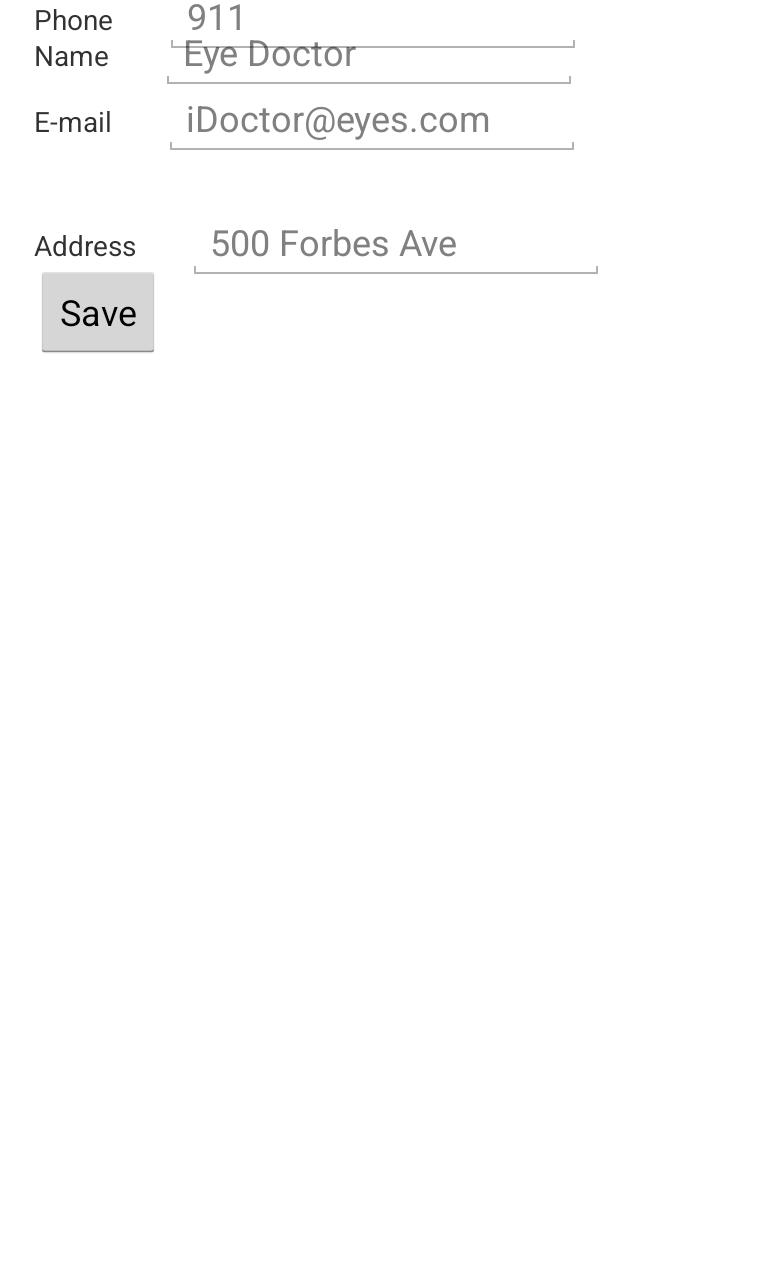
Repository: ranika/pilltracker
Layout: PillTracker/res/layout/f_doctors_doctoreditactivity.xml
The author's editor kept a copy of each file at every save. The layout is drawn from the files as they stood at one save, then again after the next save.
It is drawn on a 768 x 1280 px phone screen (xhdpi) without system bars, with theme AppTheme; the app's code is not run.

Above is the layout before, as saved 2014-04-21 03:27:01.

After the next save:
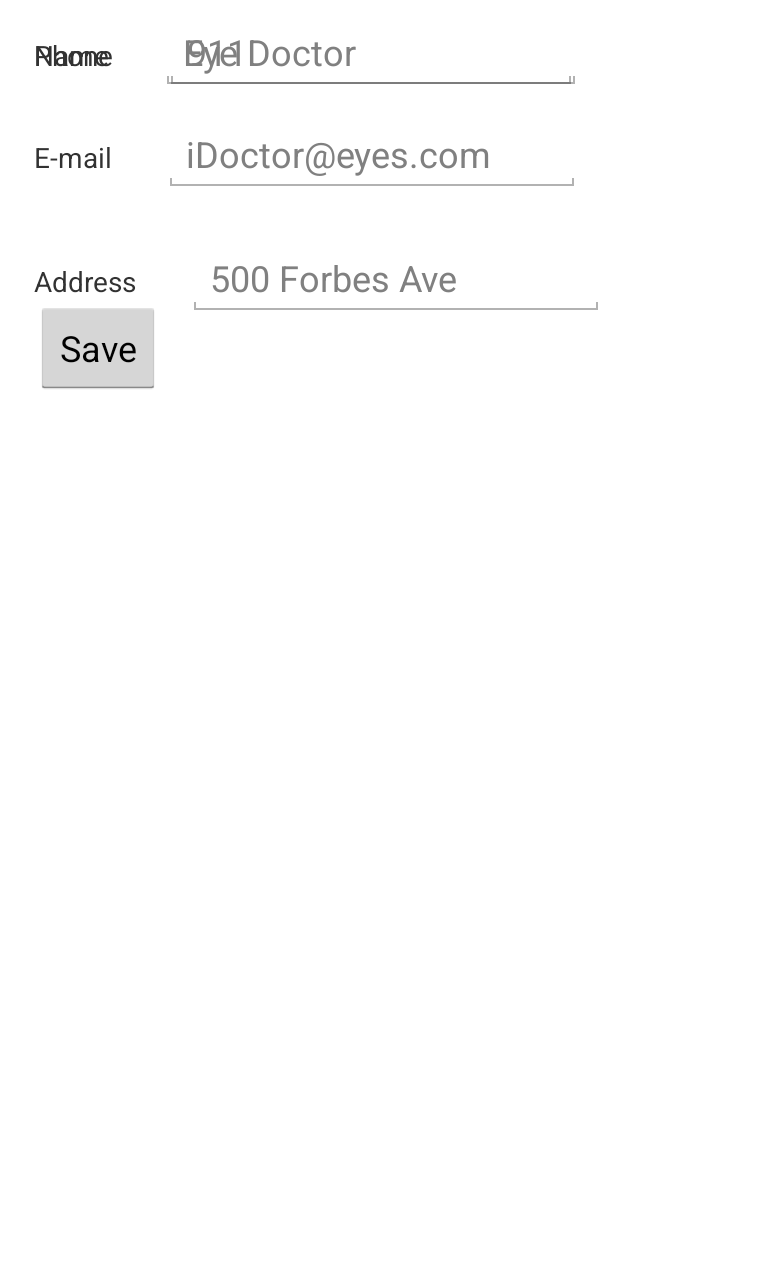
Saved 3 min 30 s later.
--- a/PillTracker/res/layout/f_doctors_doctoreditactivity.xml
+++ b/PillTracker/res/layout/f_doctors_doctoreditactivity.xml
@@ -76,6 +76,7 @@
         android:layout_width="wrap_content"
         android:layout_height="wrap_content"
         android:layout_marginLeft="17dp"
+        android:layout_alignTop="@+id/textView1"
         android:text="@string/phone" />
 
     <EditText
